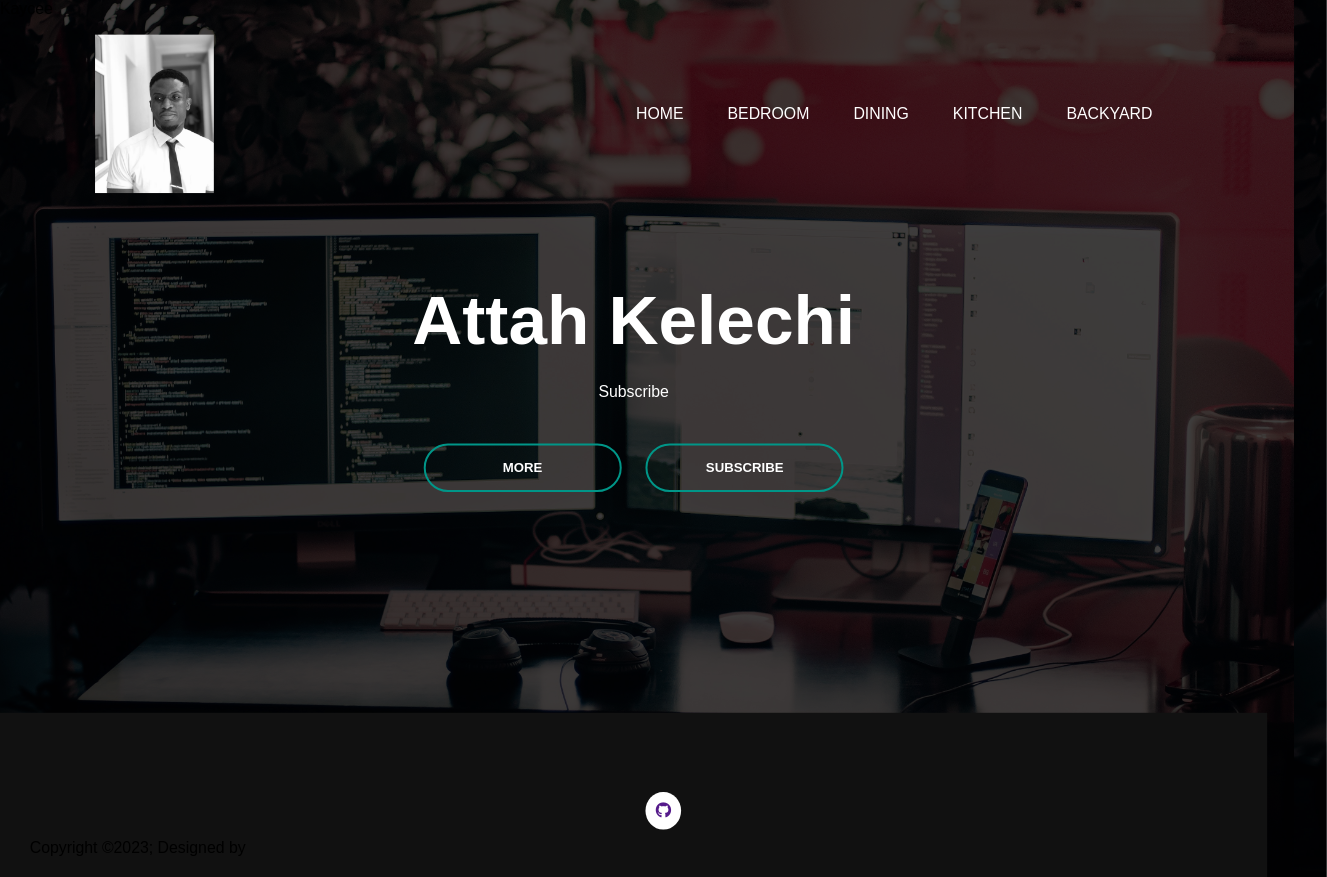
Repository: Kaycee-attah/HNG-Internship_2023
Page: index.html
The author's editor kept a copy of each file at every save. The page is drawn from the files as they stood at one save, then again after the next save.
The browser window is 1280 px wide. The page is 1340 px wide, so the pictures cover 1340 px, including what lies to the right of the window. The pictures show the whole page, at 99% of full size.

Above is the page before, as saved 2023-09-07 02:44:49.

After the next save:
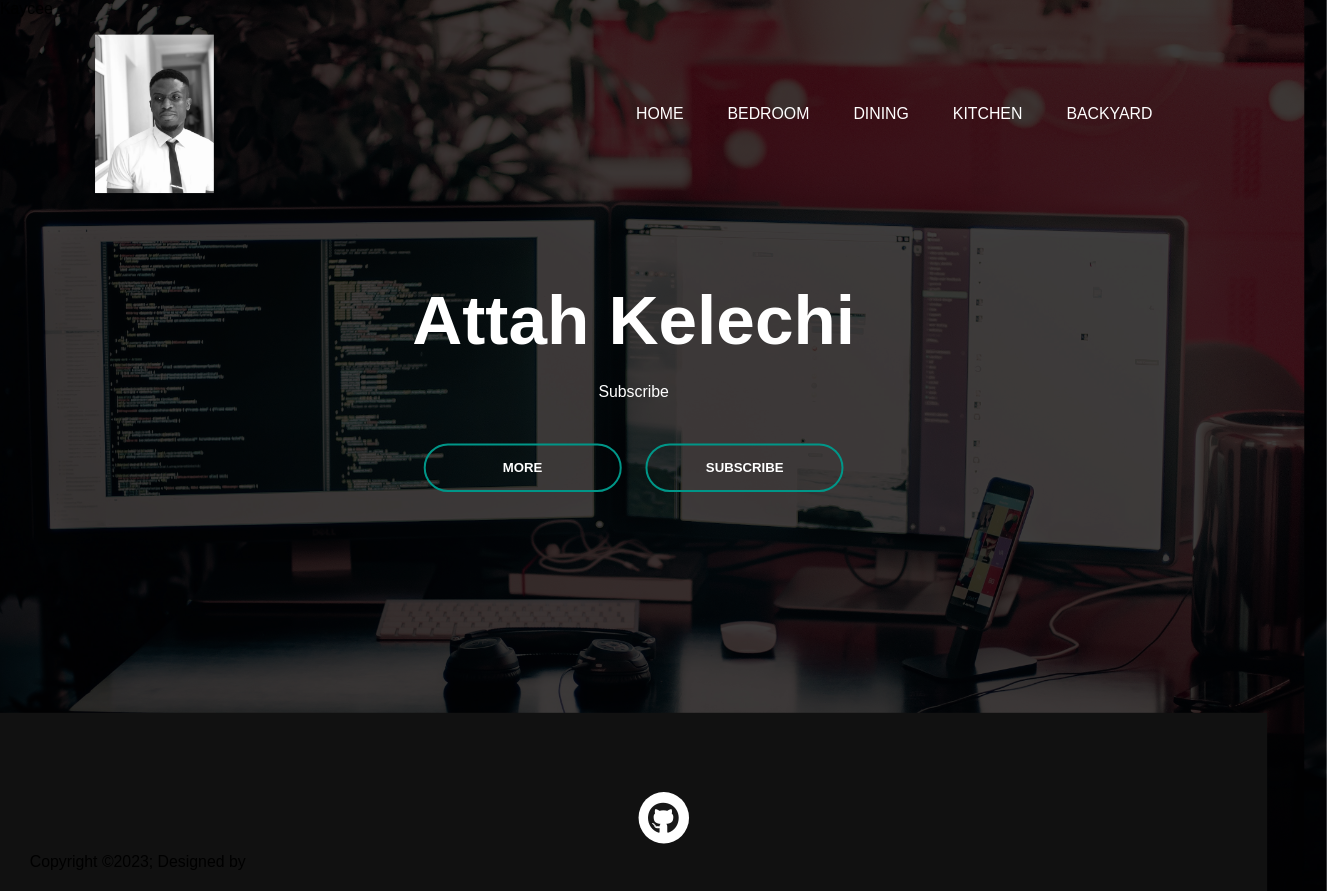
Saved 2 min 7 s later.
--- a/style.css
+++ b/style.css
@@ -115,3 +115,8 @@ footer{
     margin: 10px;
     border-radius: 50%;
 }
+.social-icon a i{
+    font-size: 2em;
+    color: black;
+    opacity: 0.9;
+}
